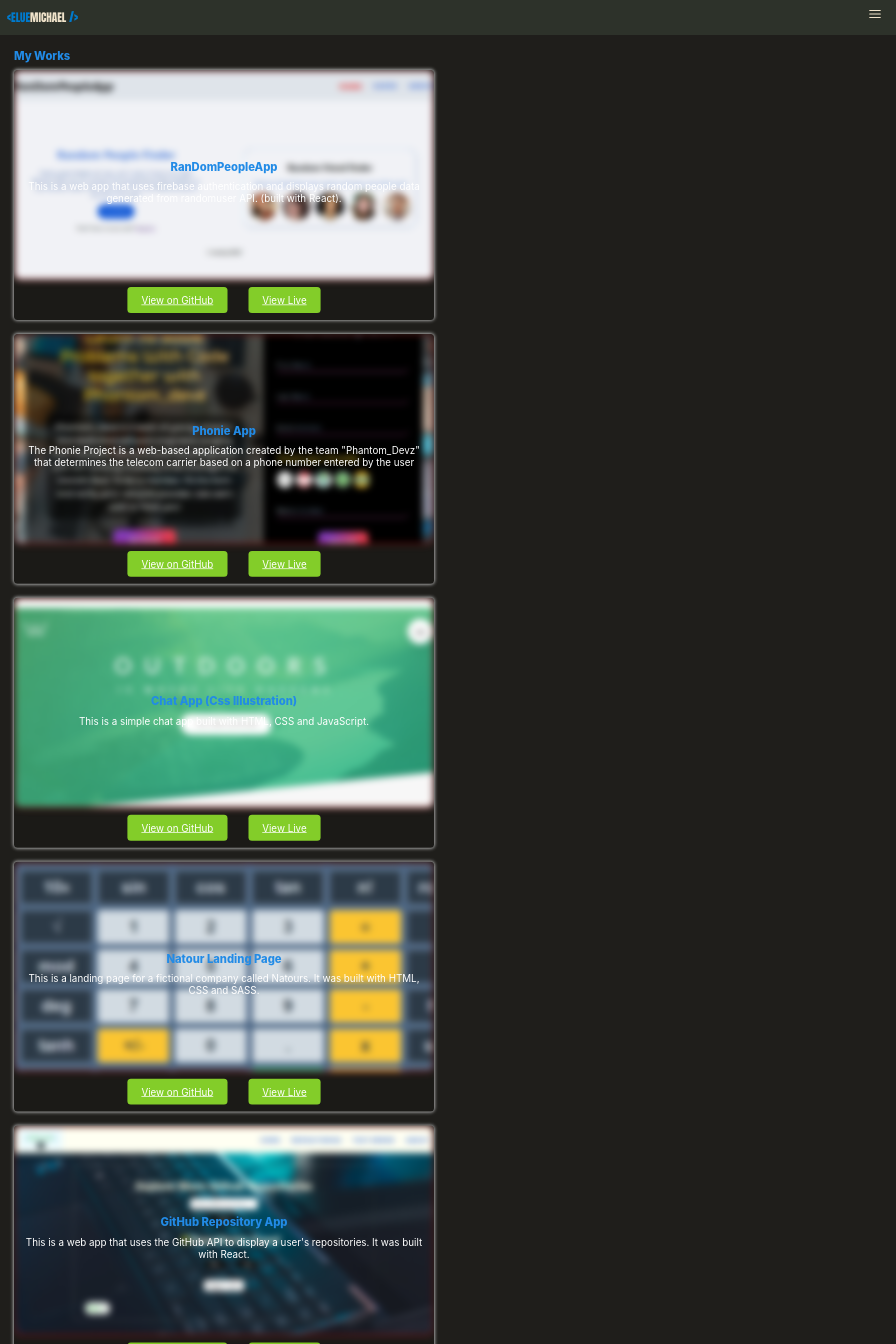
Repository: MikkyPrestige/portfolio
Page: /projects
The author's editor kept a copy of each file at every save. The page is drawn from the files as they stood at one save, then again after the next save.
The browser window is 1280 px wide. The pictures show the part of the page from y = 0 to 1920 px (the page is 5001 px tall), at 70% of full size.
The project was rebuilt for these pictures with package versions that can differ from the ones it lists, and the page was loaded fresh each time. Also part of the build but not shown: src/components/avatar.jsx, src/components/home.jsx, src/components/about.jsx, src/components/fallback.jsx.

Above is the page before, as saved 2023-02-21 17:28:02.

After the next save:
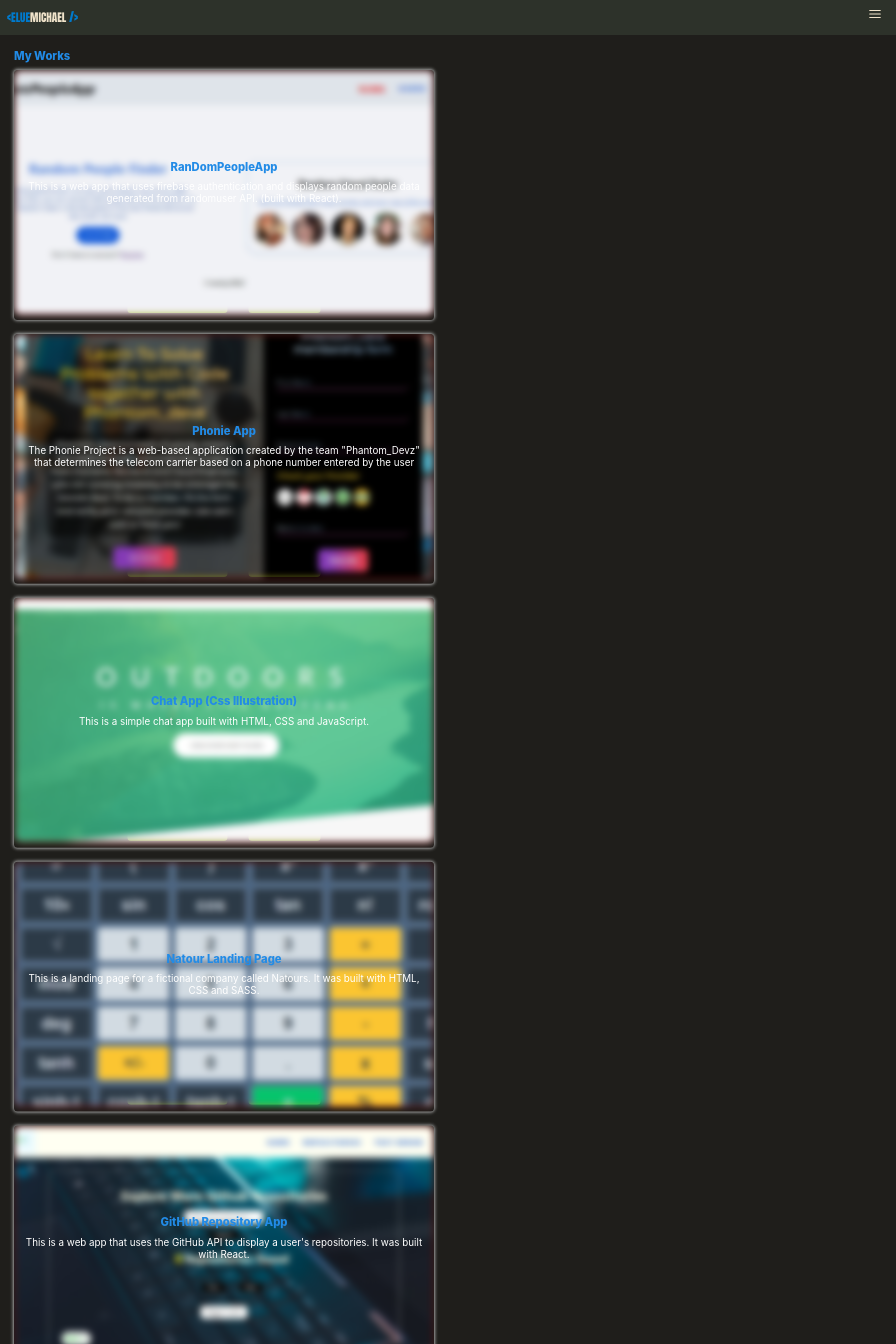
Saved 77 s later.
--- a/src/assets/styles/sass/pages/_projects.scss
+++ b/src/assets/styles/sass/pages/_projects.scss
@@ -43,7 +43,7 @@
       top: 0;
       left: 0;
       width: 100%;
-      height: 30rem;
+      height: 35rem;
       border-radius: 1rem;
       border: 1px solid red;
       background-size: cover;
